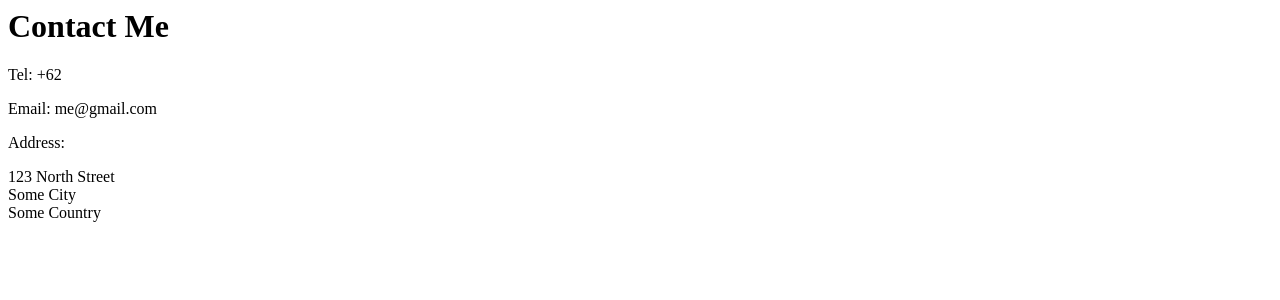
Repository: arzeee/Web_Course
Page: Capstone Project 1/contact.html
An editor plug-in stored every save of this project. The page is shown before and after the next save, followed by the edit.
The browser window is 1280 px wide. The pictures show the whole page.

Above is the page before, as saved 2024-12-06 08:00:26.

### Capstone Project 1/contact.html
<h1>Contact Me</h1>
<p>Tel: +62 </p>
<p>Email: me@gmail.com</p>
<p>Address:</p>
<p>
  123 North Street<br />
  Some City<br />
  Some Country <br />
</p>

After the next save:
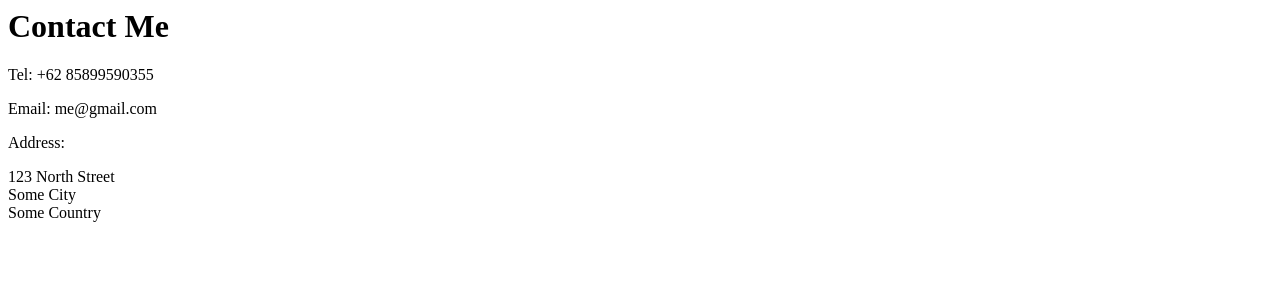
Saved 4 s later.
--- a/Capstone Project 1/contact.html
+++ b/Capstone Project 1/contact.html
@@ -1,5 +1,5 @@
 <h1>Contact Me</h1>
-<p>Tel: +62 </p>
+<p>Tel: +62 85899590355</p>
 <p>Email: me@gmail.com</p>
 <p>Address:</p>
 <p>
